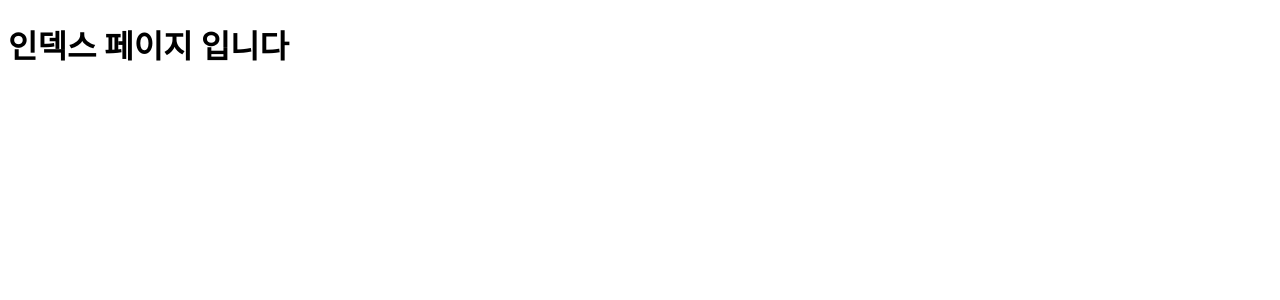
Repository: raehui/web_work
Page: Step01Servlet/src/main/webapp/index.html
These files come from the project's save history. The page is drawn as it stood at one moment and after the next save; the edit follows.
The browser window is 1280 px wide. The pictures show the whole page.

Above is the page before, as saved 2025-01-03 02:42:48.

### Step01Servlet/src/main/webapp/index.html
<!DOCTYPE html>
<html>
<head>
<meta charset="UTF-8">
<title>index.html</title>
</head>
<body>
	<div class="container">
		<h1>인덱스 페이지 입니다</h1>
	</div>
</body>
</html>

After the next save:
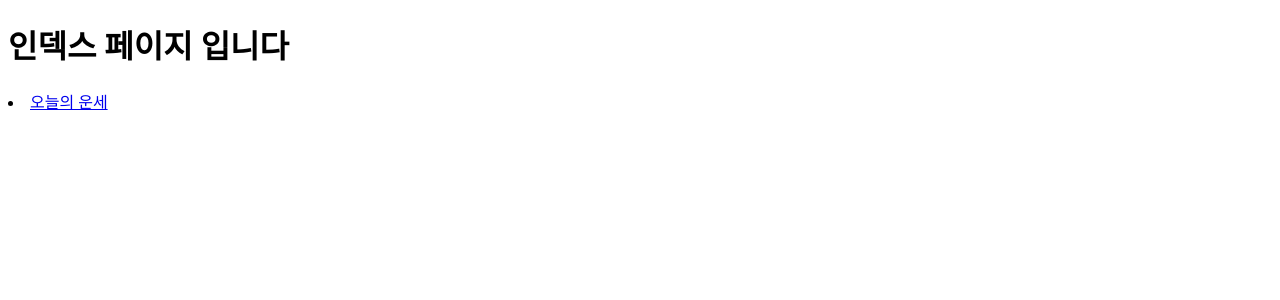
Saved 6 min 49 s later.
--- a/Step01Servlet/src/main/webapp/index.html
+++ b/Step01Servlet/src/main/webapp/index.html
@@ -7,6 +7,9 @@
 <body>
 	<div class="container">
 		<h1>인덱스 페이지 입니다</h1>
+		<ui>
+			<li><a href="fortune">오늘의 운세</a></li>
+		</ui>
 	</div>
 </body>
 </html>
